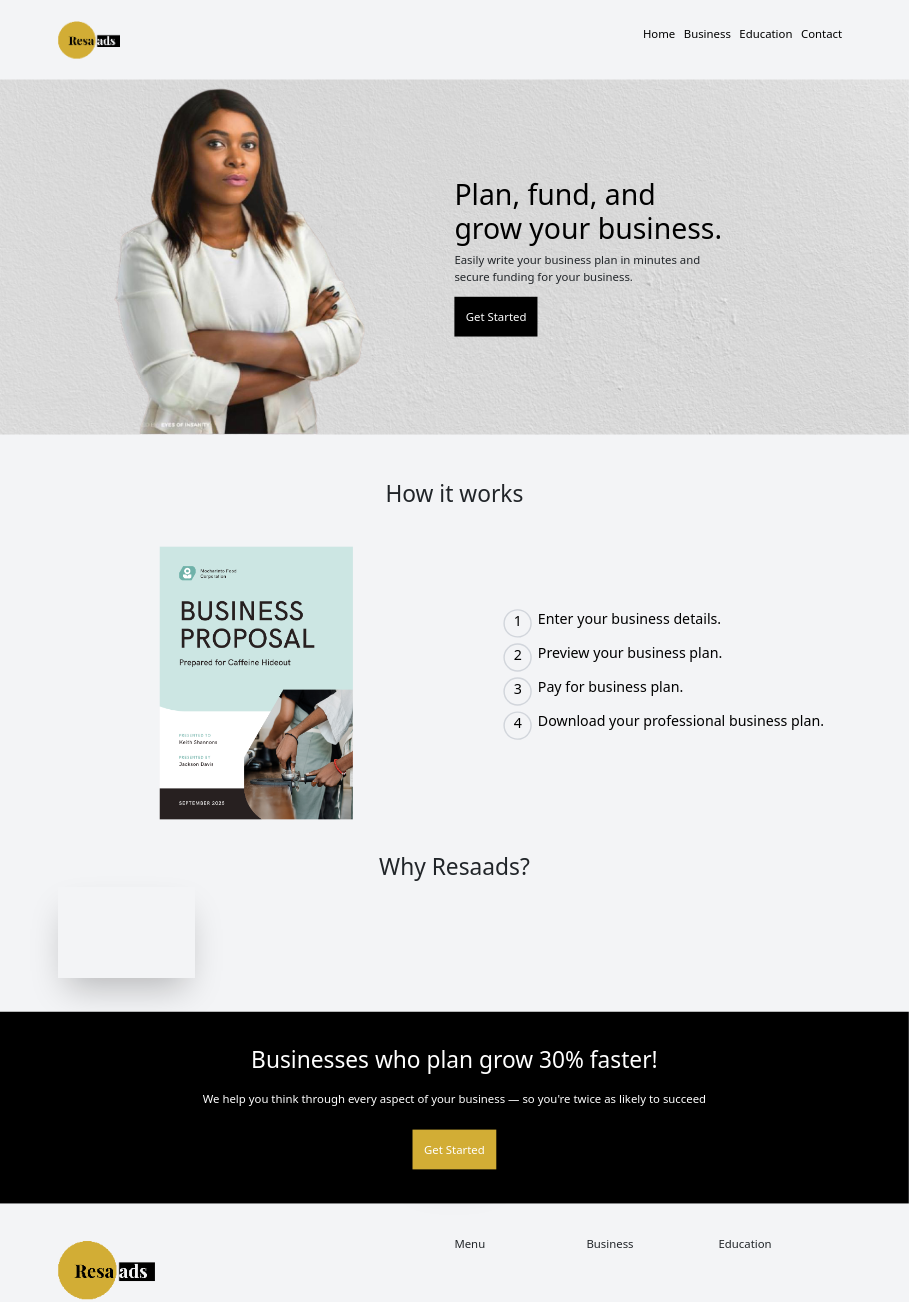
Repository: latenightsnacc/resaads-consults
Page: index.html
An editor plug-in stored every save of this project. The page is shown before and after the next save, followed by the edit.
The browser window is 1280 px wide. The pictures show the whole page, at 71% of full size.
Some web libraries are served in a nearby version.

Above is the page before, as saved 2021-08-05 12:19:23.

After the next save:
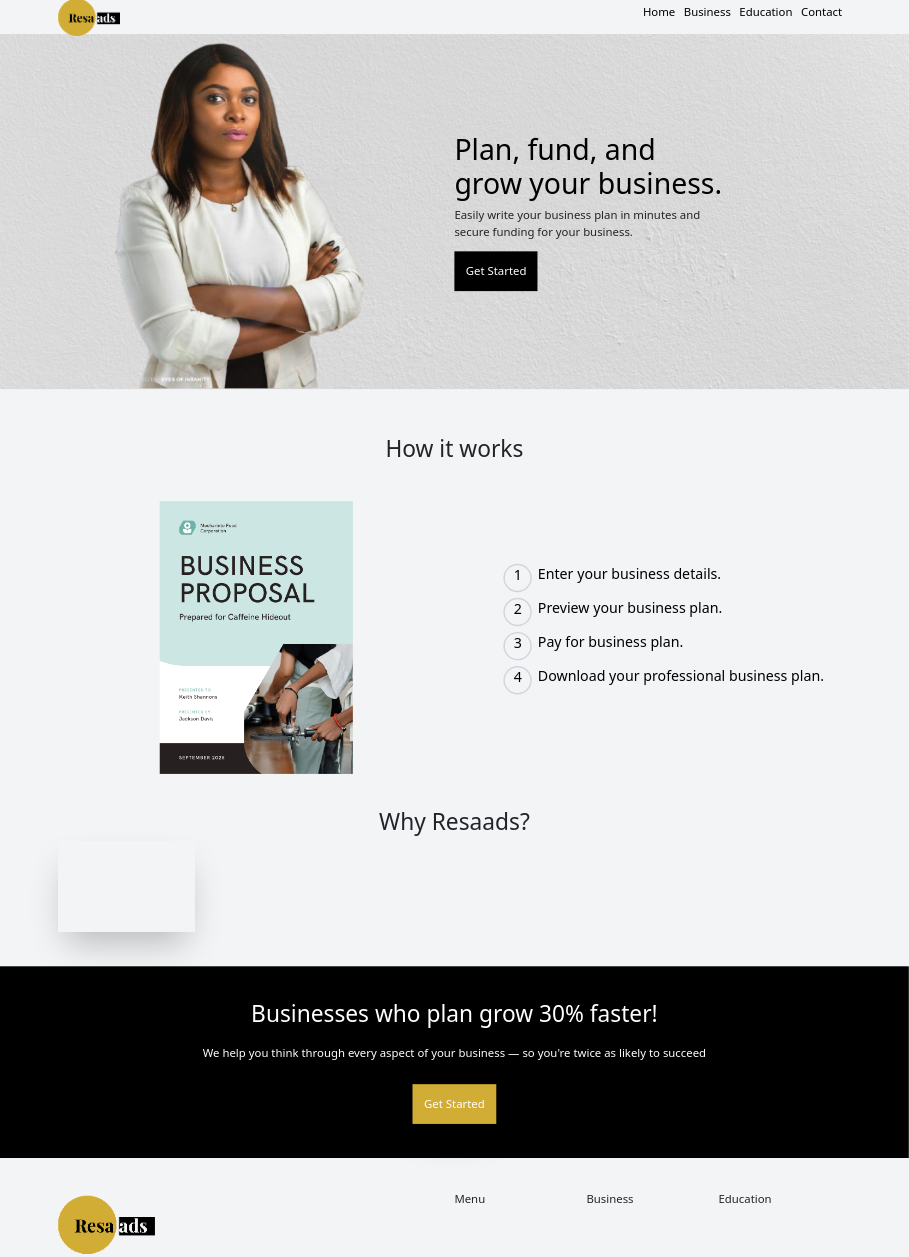
Saved 7 s later.
--- a/index.html
+++ b/index.html
@@ -35,7 +35,7 @@
 </head>
 <body class="bg-gray-100">
     <header class="container">
-        <nav class="flex flex-row h-28 w-full justify-between items-center">
+        <nav class="flex flex-row h-12 w-full justify-between items-center">
             <a href="index.html" class="w-24">
                 <img src="assets/logos/Logo-150px-removebg-preview.png" alt="" class="w-full">
             </a>
